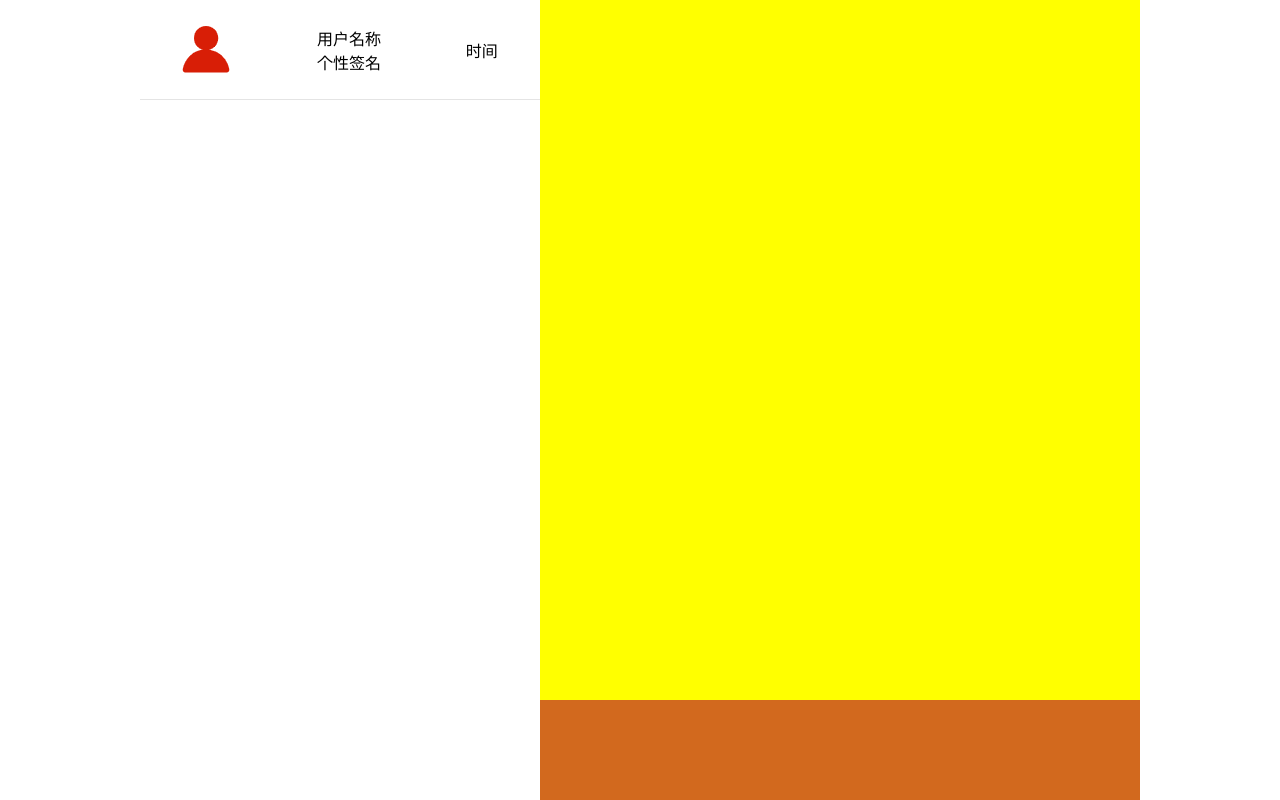
Repository: jinggegeZ/livechat
Page: /
The author's editor kept a copy of each file at every save. The page is drawn from the files as they stood at one save, then again after the next save.
The browser window is 1280 px wide. The pictures show the whole page.
The project was rebuilt for these pictures with package versions that can differ from the ones it lists, and the page was loaded fresh each time.

Above is the page before, as saved 2020-08-17 11:07:09.

After the next save:
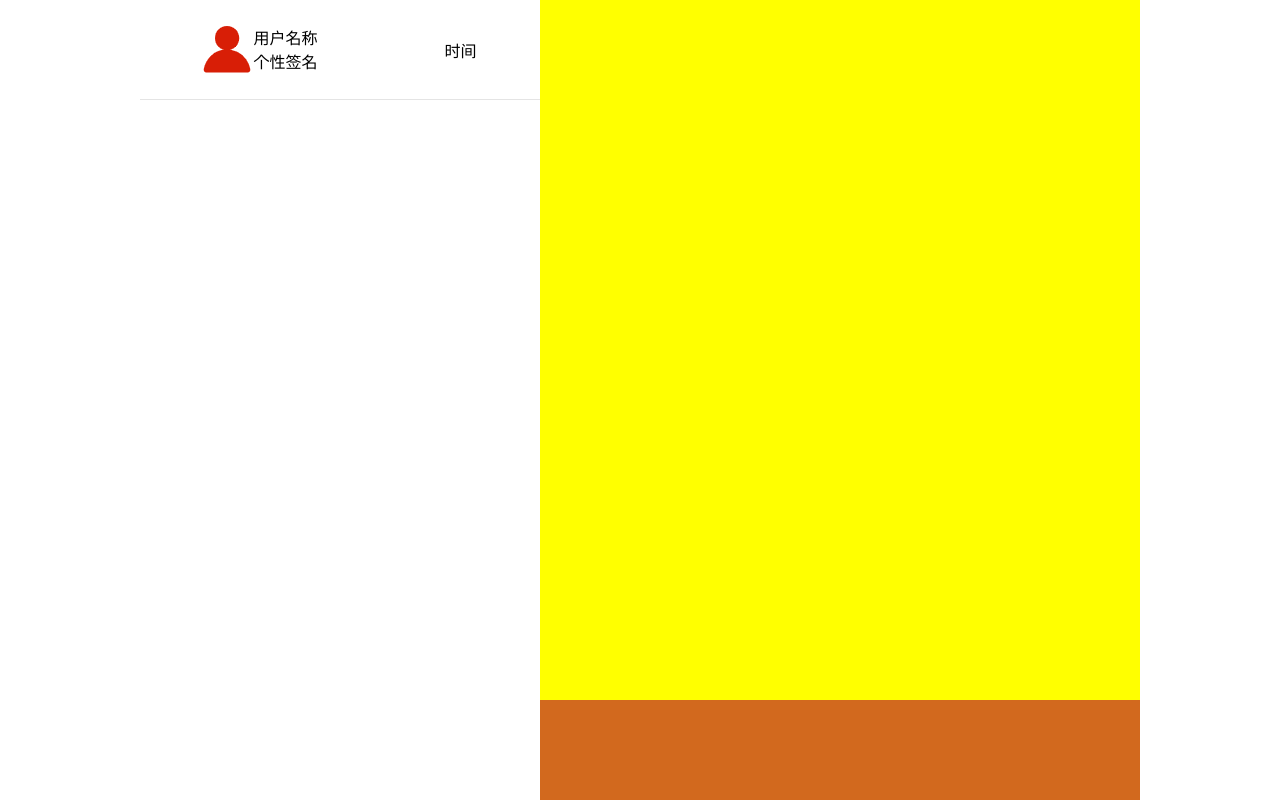
Saved 52 s later.
--- a/src/views/Home.vue
+++ b/src/views/Home.vue
@@ -5,7 +5,8 @@
         <!-- 用户信息 -->
         <div class="box1">
           <div class="box1-1">
-            <!-- 头像 -->
+            <div class="box1-1-1">
+              <!-- 头像 -->
             <div class="img">
               <img  src="../../public/image/active-my.png" alt="">
             </div>
@@ -13,6 +14,7 @@
             <div>
               <div>用户名称</div>
               <div>个性签名</div>
+            </div>
             </div>
             <!-- 时间 -->
             <div>
@@ -89,6 +91,9 @@
   align-items: center;
   justify-content: space-around;
 }
+.box1-1-1 {
+  display: flex;
+}
 .img {
   width: 50px;
   height: 50px;
